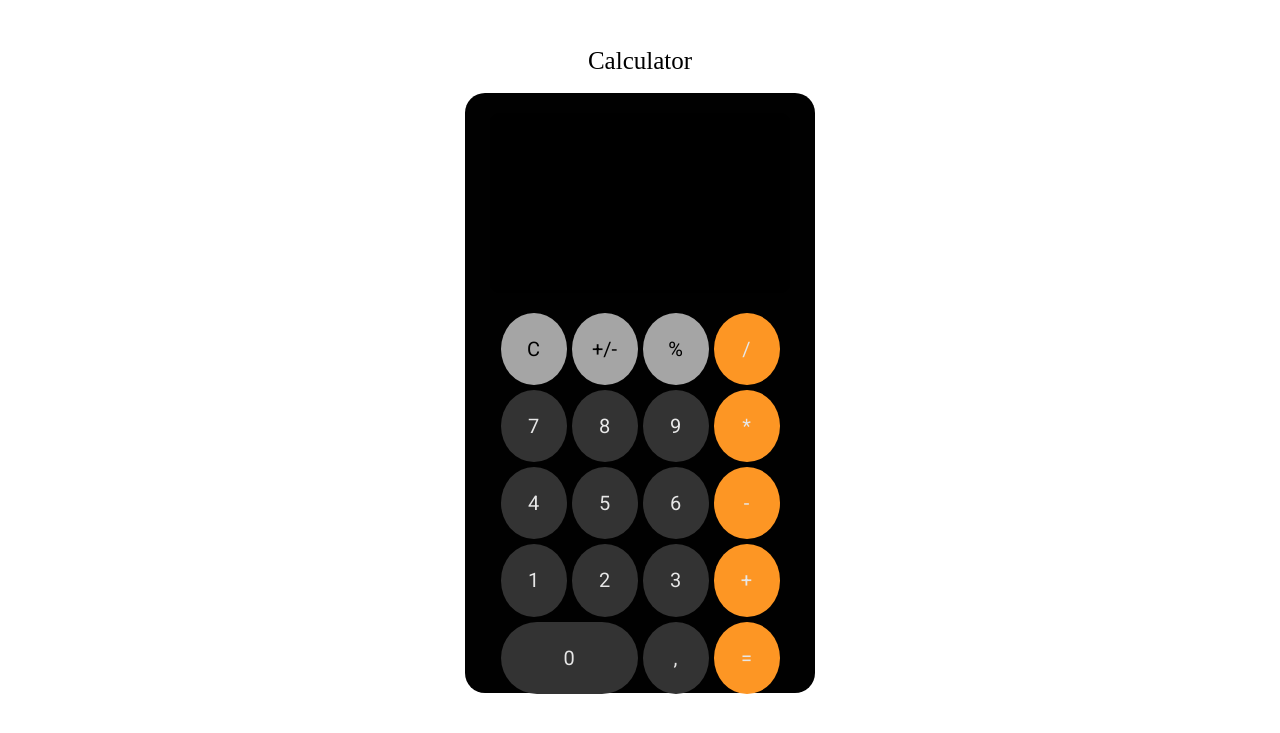
Repository: Gibon9/SimpleCalc
Page: index.html
An editor plug-in stored every save of this project. The page is shown before and after the next save, followed by the edit.
The browser window is 1280 px wide. The pictures show the whole page.
Some web fonts or font styles are not loaded; a fallback is used.

Above is the page before, as saved 2020-11-27 19:43:25.

After the next save:
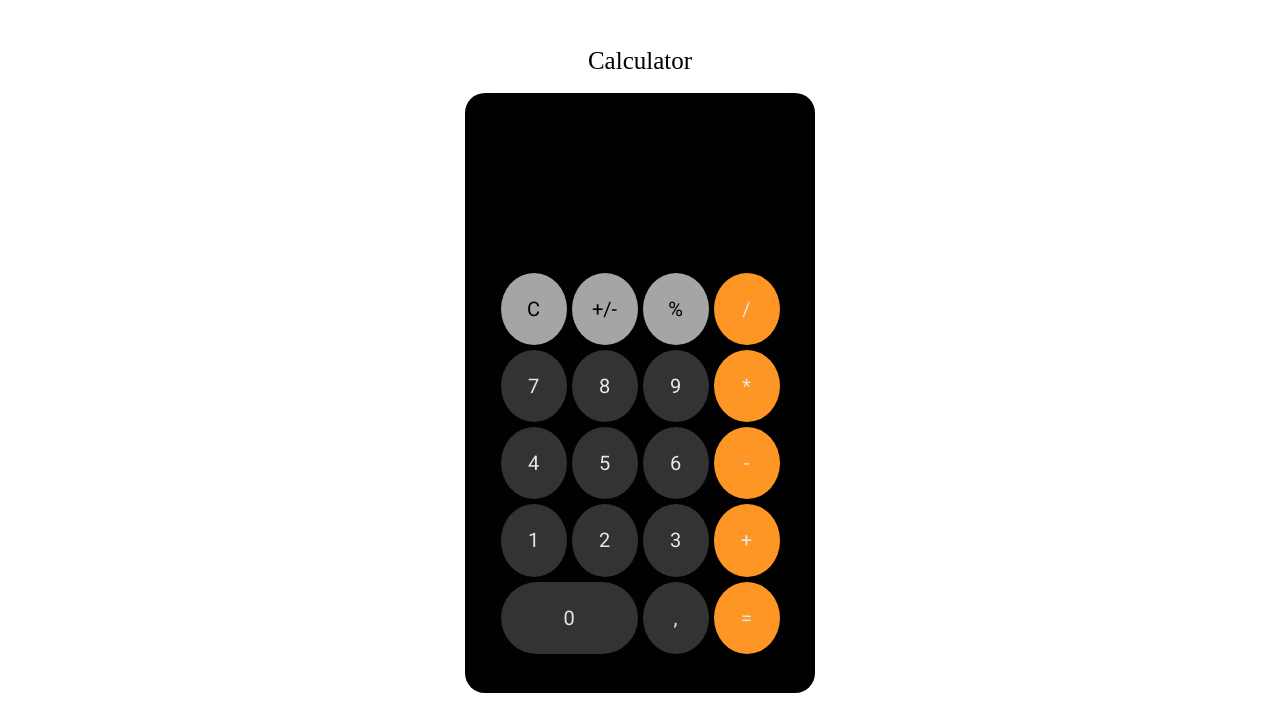
Saved 109 s later.
--- a/style/style.css
+++ b/style/style.css
@@ -40,7 +40,7 @@
 }
 
 .calc-display {
-  margin: 20px auto;
+  margin: 0 auto;
   width: 300px;
   height: 30%;
   background-color: var(--display-color);
